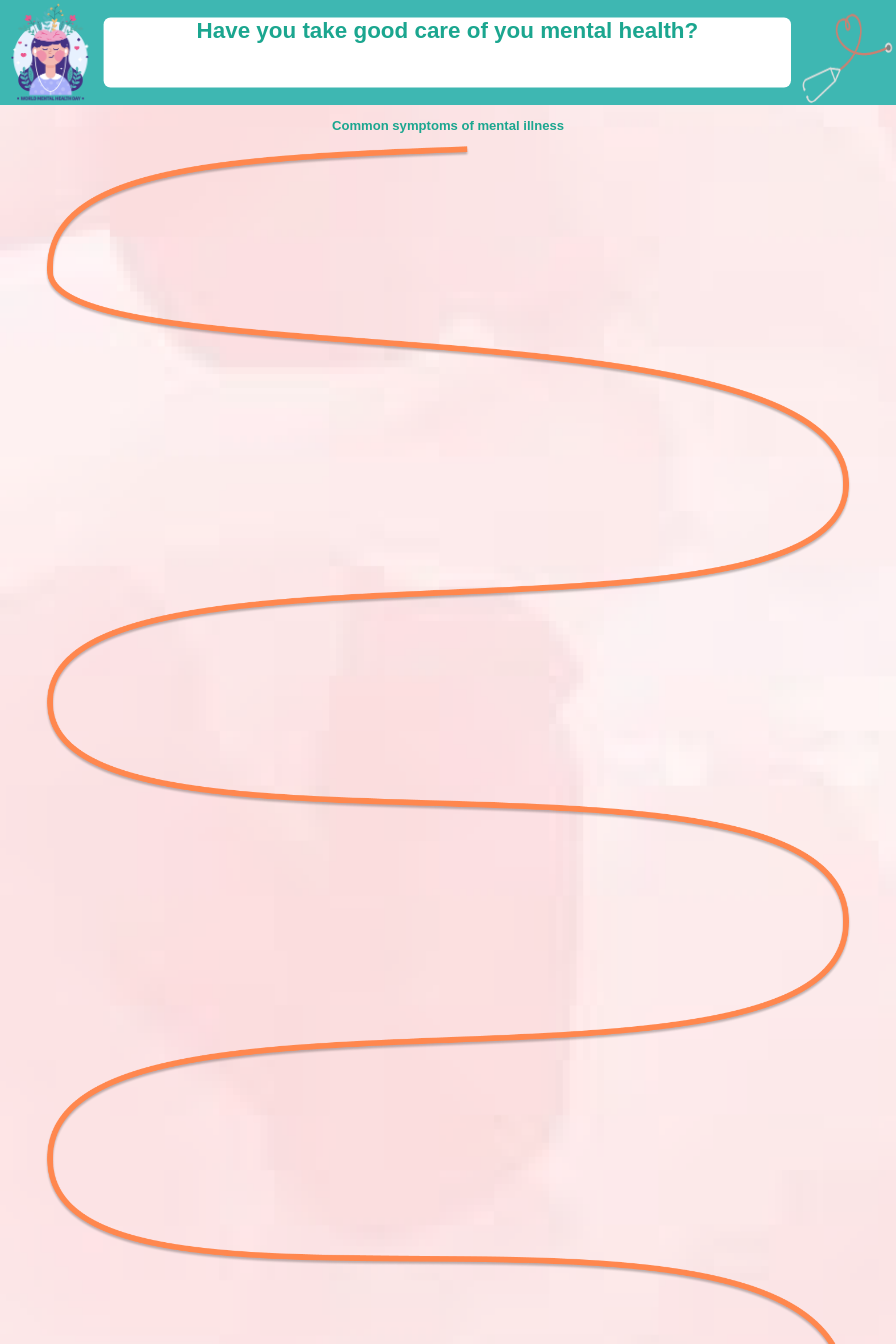
Repository: zzs1/2109-Dynamic-Content-Project
Page: Shin_code/index.html
The author's editor kept a copy of each file at every save. The page is drawn from the files as they stood at one save, then again after a run of saves.
The browser window is 1280 px wide. The pictures show the part of the page from y = 0 to 1920 px (the page is 2780 px tall before and 2839 px after), at 70% of full size.
Some web fonts or font styles are not loaded; a fallback is used.

Above is the page before, as saved 2021-03-09 00:17:22.

After the next 3 saves:
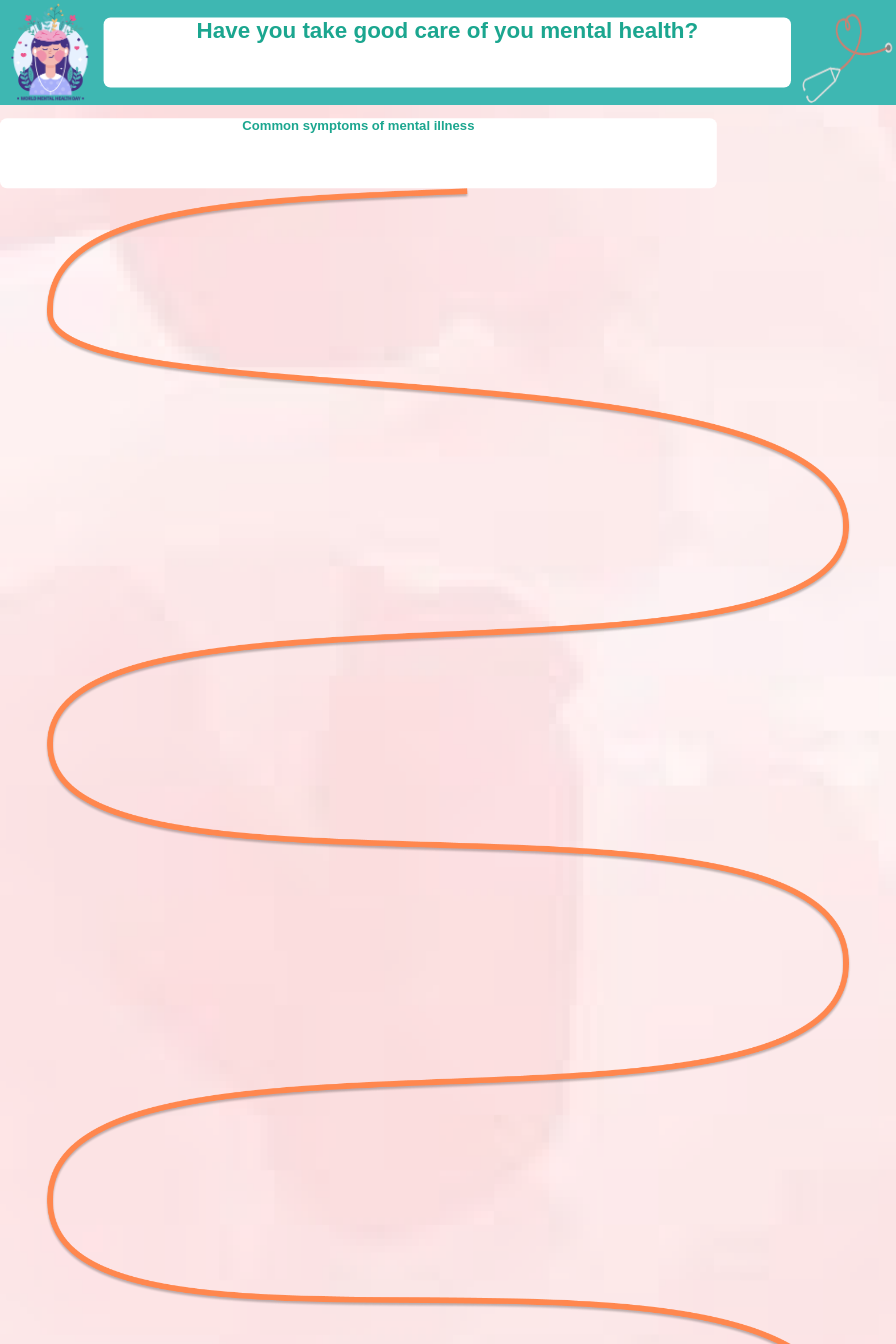
The 3 saves are shown as one change because they came seconds apart.
The last was saved 11 s later.
--- a/Shin_code/index.html
+++ b/Shin_code/index.html
@@ -30,7 +30,7 @@
 
     <!--Shin Part: content1: Common symptoms of mental illness -->
    <div class="content center">
-     <div>
+     <div class="header_back">
      <h3 class="content sub1">Common symptoms of mental illness</h3>
     </div>
      <img class="arrow" src="comps/content/Group 13.png" alt="arrowkey" width="90%">

After the 2 saves that followed:
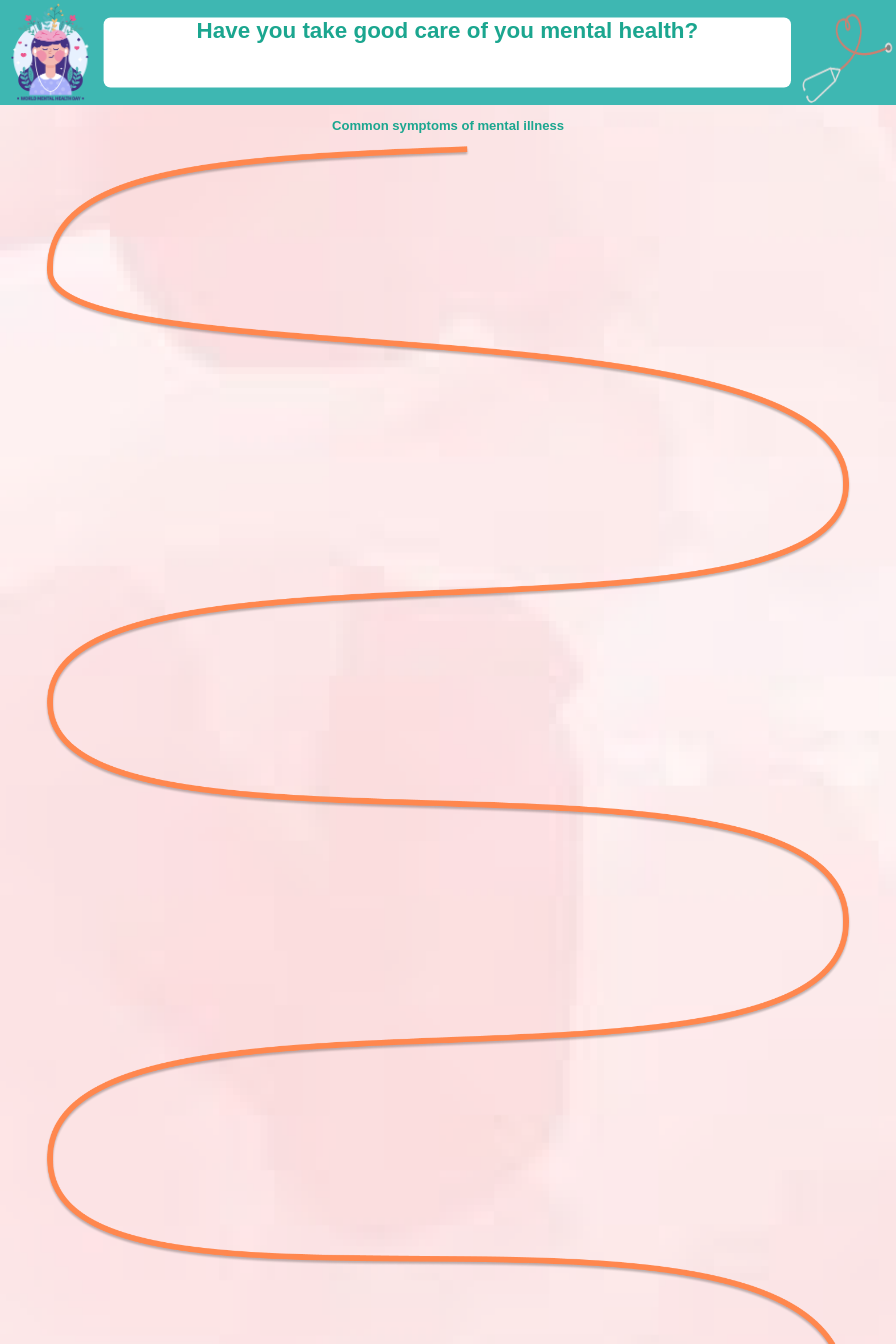
The 2 saves are shown as one change because they came seconds apart.
The last was saved 18 s later.
--- a/Shin_code/index.html
+++ b/Shin_code/index.html
@@ -30,7 +30,7 @@
 
     <!--Shin Part: content1: Common symptoms of mental illness -->
    <div class="content center">
-     <div class="header_back">
+     <div class="sub1_back">
      <h3 class="content sub1">Common symptoms of mental illness</h3>
     </div>
      <img class="arrow" src="comps/content/Group 13.png" alt="arrowkey" width="90%">
